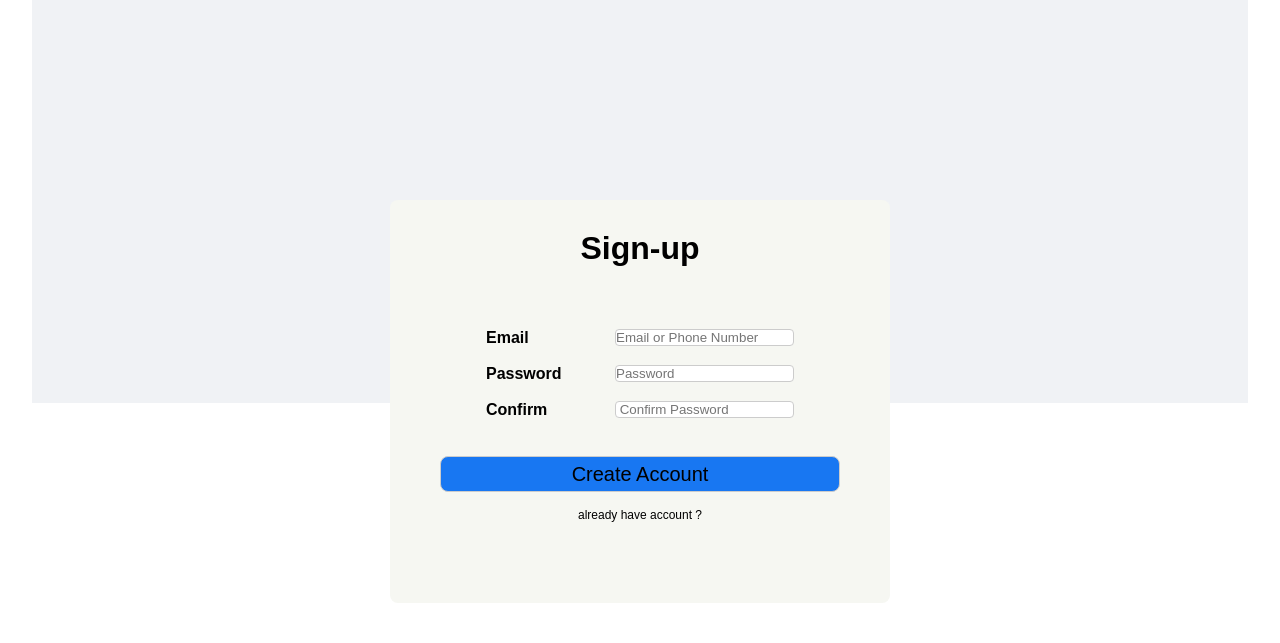
Repository: Naohonproject/web101x02_asm1
Page: Signup.html
The author's editor kept a copy of each file at every save. The page is drawn from the files as they stood at one save, then again after the next save.
The browser window is 1280 px wide. The pictures show the whole page.

Above is the page before, as saved 2022-01-16 00:29:41.

### Signup.html
<!-- @format -->

<!DOCTYPE html>
<html lang="en">
	<head>
		<meta charset="UTF-8" />
		<meta http-equiv="X-UA-Compatible" content="IE=edge" />
		<meta name="viewport" content="width=device-width, initial-scale=1.0" />

		<link rel="stylesheet" href="./assets/css/style.css" />
		<link rel="stylesheet" href="./assets/css/responsive.css" />

		<title>Signup</title>
	</head>
	<body>
		<div class="container">
			<form class="form" id="form-signup" action="" method="">
				<div class="form-wrapper">
					<div class="logo">
						<h1>Sign-up</h1>
					</div>
					<div class="input">
						<div class="user-input">
							<label for="user-id"><strong>Email</strong></label>
							<input
								type="text"
								id="user-id"
								required
								placeholder="Email or Phone Number"
							/>
						</div>

						<div class="user-input">
							<label for="user-pass"><strong>Password</strong></label>
							<input
								type="text"
								id="user-pass"
								required
								placeholder="Password"
							/>
						</div>

						<div class="user-input">
							<label for="user-pass"><strong>Confirm </strong></label>
							<input
								type="text"
								id="user-pass"
								required
								placeholder=" Confirm Password"
							/>
						</div>
						<div class="clear"></div>
					</div>
					<div class="btn-block">
						<div class="btn">
							<button type="button">Create Account</button>
						</div>

						<div style="border : none"	class="forgotten">
							<a href="login.html">already have account ?</a>
						</div>
						</div>
					</div>
				</div>
			</form>
		</div>
	</body>
</html>

### assets/css/style.css
/** @format */

/* common */

/* reset css */
* {
	box-sizing: border-box;
	padding: 0;
	margin: 0;
	text-decoration: none;
	color: #000;
}

/* row style */

/* collumn style */

/* Set text lineweight to Bold */
.bold-text {
	font-weight: 640;
}
.white-text {
	color: #fff !important;
}

.pull-left {
	float: left !important;
}

.pull-right {
	float: right !important;
}

.box-padding {
	padding: 40px 56px 30px;
}

.clear {
	clear: both;
}

/* specific */

html {
	font-family: Arial, Helvetica, sans-serif;
}

body {
	padding: 0 32px;
}
/* start styling header */
#header {
	height: 56px;
	width: 100%;
	background-color: #fff;
	background-clip: border-box;
	color: #000;
	font-size: 16px;
	text-transform: uppercase;
	font-weight: 500;
	position: fixed;
	top: 0;
	left: 0;
	z-index: 1;
	padding: 0 32px;
}

.header-wrapper {
	height: 100%;
	padding: 0 64px;
}

#header li:hover {
	background-color: #282830;
	cursor: pointer;
}
#header li:hover a {
	color: #fff;
}

#header li {
	display: inline-block;
	margin-left: 16px;
	line-height: 56px;
	padding: 0 16px;
}
/* end styling header */

/* start styling banner */
#banner {
	width: 100%;
	margin-top: 56px;
	padding-top: 39.123607%;
	background: url(../img/banner/banner.png) top center / cover no-repeat;
	background-origin: border-box;
	position: relative;
	top: 0;
	left: 0;
}

.banner-text-content {
	position: absolute;
	top: 160px;
	left: 56px;
}

#banner .content-heading,
.content-desc {
	font-family: "Times New Roman", Times, serif;
}

#banner .content-heading {
	font-size: 28px;
}

#banner .content-desc {
	font-size: 24px;
}
/* end styling banner */

/* start styling content */
#content {
	background-color: #e7e7e7;
	width: 100%;
	background-clip: border-box;
}

#content .content-heading h2,
p {
	padding: 4px 0;
}

#content .content-heading {
	margin-bottom: 20px;
}
#content img {
	display: block;
	width: 100%;
}

#content .image-block {
	float: left;
	width: calc(100% / 3);
	padding: 0 16px;
}

#content .content-images-table {
	margin-left: -16px;
	margin-right: -16px;
}

.image-block .first-img {
	margin-bottom: 40px;
}
/* end styling content */

/* start styling footer */
#footer {
	background-color: #ccc;
}

#footer .footer-block {
	float: left;
	max-width: calc(100% / 3);
	padding: 0 16px;
}

#footer .footer-wrapper {
	padding-bottom: 56px;
}

#footer h3,
p,
a {
	padding: 12px 0px;
}

#footer p {
	line-height: 24px;
}
#footer a {
	color: #1dabb8;
}
/* end styling footer */

/* start styling login.html */

.container {
	background-color: #f0f2f5;
}
.form-wrapper {
	width: 500px;
	margin: 0 auto;
	text-align: center;
	position: relative;
	top: 200px;
	background-color: #f6f7f2;
	border-radius: 8px;
	padding: 10px 0px 24px;
}

.form .logo {
	padding: 20px 40px;
	margin-bottom: 16px;
}
.form .input {
	padding: 8px 24px;
	margin-bottom: 24px;
}

.form .user-input {
	padding: 18px 72px;
}

.form .user-input label {
	display: inline-block;
	float: left;
}

.form .user-input input {
	display: inline-block;
	float: right;
}

.btn-block .btn {
	padding: 5px 0;
	margin-bottom: 8px;
	position: relative;
}

.btn-block .btn button {
	font-size: 20px;
	display: inline-block;
	width: 400px;
	height: 36px;
	background-color: #1877f2;
	border-radius: 8px;
	border: solid 1px #ccc;
}

.btn-block a {
	font-size: 12px;
}

.btn-block .forgotten {
	margin-bottom: 40px;
	border-bottom: 1px solid #ccc;
	padding-bottom: 16px;
}

.btn-block .Create-acc {
	background-color: #92f22a;
	background-clip: padding-box;
	padding: 10px 56px;
	border-radius: 8px;
	margin-bottom: 40px;
}

.container input {
	border: 1px solid #ccc;
	border-radius: 4px;
}

.clear {
	clear: both;
}

Loaded but not shown: assets/css/responsive.css (no stored copy; drawn as an empty file)

After the next save:
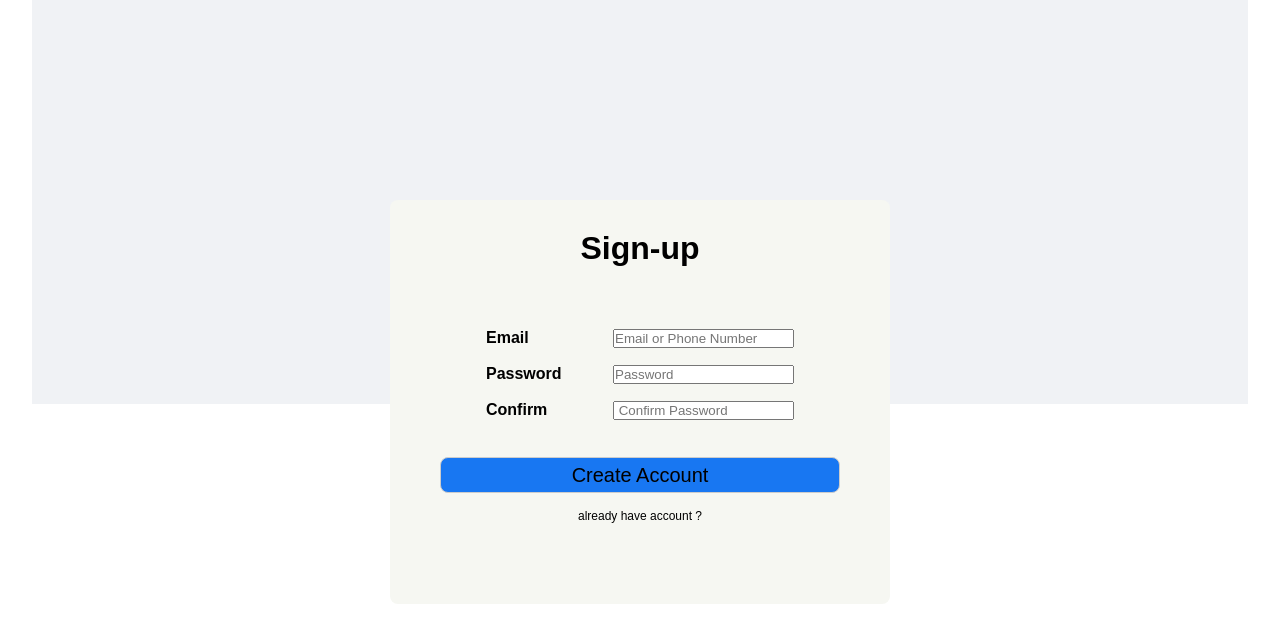
Saved 39 s later.
--- a/assets/css/style.css
+++ b/assets/css/style.css
@@ -256,11 +256,6 @@ a {
 	margin-bottom: 40px;
 }
 
-.container input {
-	border: 1px solid #ccc;
-	border-radius: 4px;
-}
-
 .clear {
 	clear: both;
 }
